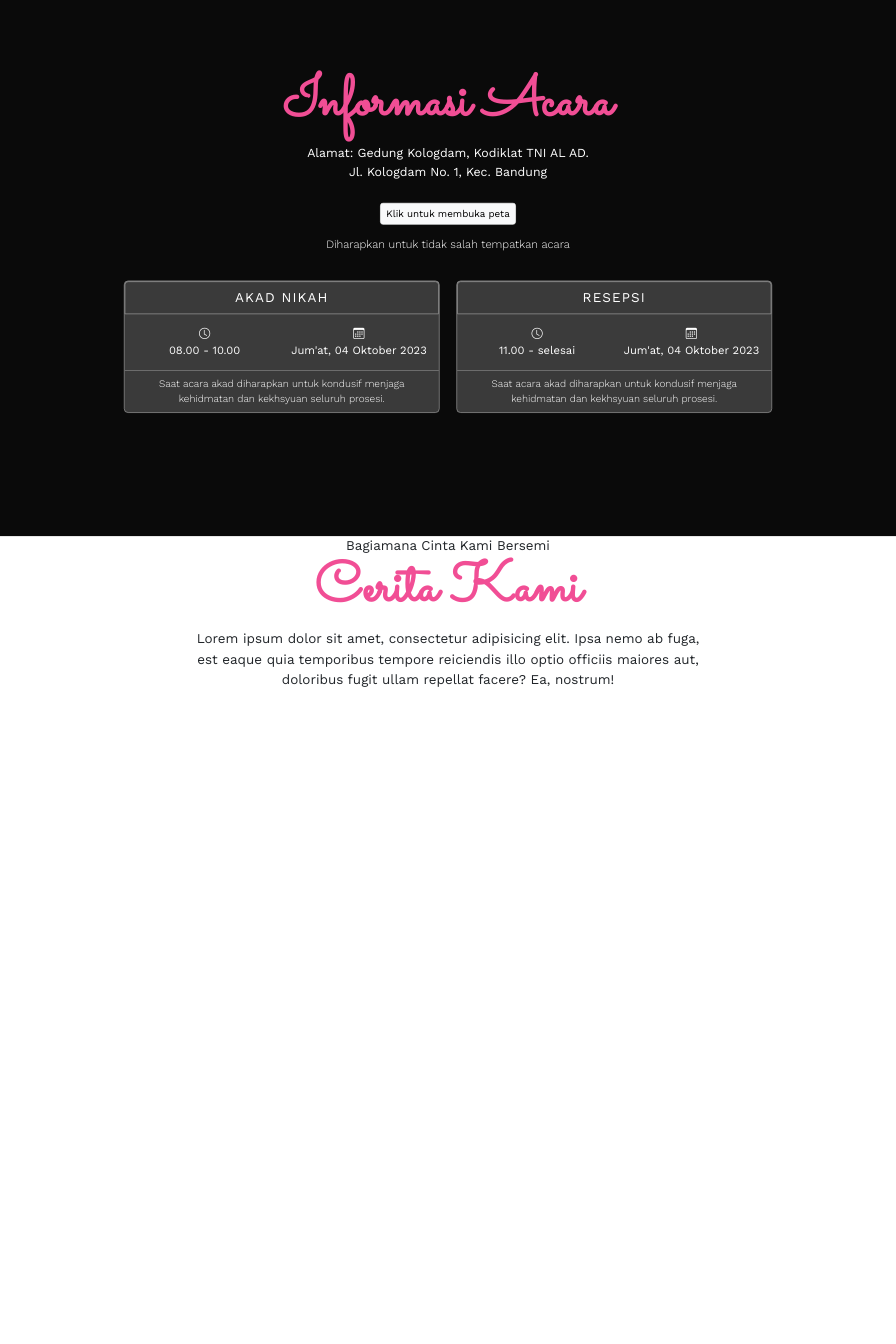
Repository: sellayspy/invitation
Page: index.html
An editor plug-in stored every save of this project. The page is shown before and after the next save, followed by the edit.
The browser window is 1280 px wide. The pictures show the part of the page from y = 1757 to 3677 px (the page is 4000 px tall), at 70% of full size.

Above is the page before, as saved 2024-07-08 19:09:48.

### index.html
<!DOCTYPE html>
<html lang="en">
  <head>
    <meta charset="utf-8" />
    <meta name="viewport" content="width=device-width, initial-scale=1" />
    <title>Dela & Roni</title>
    <link
      href="https://cdn.jsdelivr.net/npm/bootstrap@5.3.3/dist/css/bootstrap.min.css"
      rel="stylesheet"
      integrity="sha384-QWTKZyjpPEjISv5WaRU9OFeRpok6YctnYmDr5pNlyT2bRjXh0JMhjY6hW+ALEwIH"
      crossorigin="anonymous"
    />
    <link rel="preconnect" href="https://fonts.googleapis.com" />
    <link rel="preconnect" href="https://fonts.gstatic.com" crossorigin />
    <link
      href="https://fonts.googleapis.com/css2?family=Sacramento&family=Work+Sans:ital,wght@0,100..900;1,100..900&display=swap"
      rel="stylesheet"
    />

    <!--Simple Coutdown-->
    <link rel="stylesheet" href="coutdown/simplyCountdown.theme.default.css" />
    <script src="coutdown/simplyCountdown.min.js"></script>

    <!--Custom CSS Icon-->
    <link rel="stylesheet" href="https://cdn.jsdelivr.net/npm/bootstrap-icons@1.11.3/font/bootstrap-icons.min.css">

    <link rel="stylesheet" href="style.css" />
  </head>
  <body>
    <section
      id="hero"
      class="hero w-100 h-100 p-3 mx-auto text-center d-flex justify-content-center align-items-center text-white"
    >
      <main>
        <h4>Kepada Bapak/Ibu/Saudara/i,</h4>
        <h1>Dela Sri Aprialini & Roni Sahroni</h1>
        <p>Akan melangsungkan resepsi pernikahan dalam:</p>
        <div class="simply-countdown"></div>
        <a href="#undangan" class="btn btn-lg mt-4">Lihat Undangan</a>
      </main>
    </section>

    <nav class="navbar navbar-expand-md bg-transparent sticky-top mynavbar">
      <div class="container">
        <a class="navbar-brand" href="#">Spy</a>
        <button
          class="navbar-toggler border-0"
          type="button"
          data-bs-toggle="offcanvas"
          data-bs-target="#offcanvasNavbar"
          aria-controls="offcanvasNavbar"
          aria-label="Toggle navigation"
        >
          <span class="navbar-toggler-icon"></span>
        </button>
        <div
          class="offcanvas offcanvas-end"
          tabindex="-1"
          id="offcanvasNavbar"
          aria-labelledby="offcanvasNavbarLabel"
        >
          <div class="offcanvas-header">
            <h5 class="offcanvas-title" id="offcanvasNavbarLabel">Spy</h5>
            <button
              type="button"
              class="btn-close"
              data-bs-dismiss="offcanvas"
              aria-label="Close"
            ></button>
          </div>
          <div class="offcanvas-body">
            <div class="navbar-nav ms-auto">
              <a class="nav-link" href="#home">Home</a>
              <a class="nav-link" href="#info">Info</a>
              <a class="nav-link" href="#story">Story</a>
              <a class="nav-link" href="#gallery">Gallery</a>
              <a class="nav-link" href="#rsvp">RSVP</a>
              <a class="nav-link" href="#gifts">Gifts</a>
            </div>
          </div>
        </div>
      </div>
    </nav>

    <section id="home" class="home">
      <div class="container">
        <div class="row justify-content-center">
          <div class="col-md-8 text-center">
            <h2>Acara Pernikahan</h2>
            <h3>
              Diselenggarakan pada 04 oktober 2024 di Tasikmalaya, Jawa Barat
            </h3>
            <p>
              Oleh karena itu, dengan segala hormat, kami bermaksud untuk
              mengundang Bapak/Ibu, Saudara/i, untuk hadir pada acara pernikahan
              kami.
            </p>
          </div>
        </div>

        <div class="row couple">
          <div class="col-lg-6">
            <div class="row">
              <div class="col-8 text-end">
                <h3>Roni Sahroni</h3>
                <p>
                  Lorem ipsum dolor, sit amet consectetur adipisicing elit. Quis
                  rerum qui, placeat harum quod saepe eius necessitatibus sunt
                  doloremque! Aperiam, laborum doloribus quos sit et adipisci
                  molestias iure sunt dolorum?
                </p>
                <p>
                  Putra dari Bpk. Lorem <br />
                  dan Ibu Ipsum
                </p>
              </div>
              <div class="col-4">
                <img
                  src="img/Desain tanpa judul (1).jpg"
                  alt="Roni Sahroni"
                  class="img-responsive rounded-circle"
                />
              </div>
            </div>
          </div>

          <span class="heart"><i class="bi bi-heart-fill"></i></span>

          <div class="col-lg-6">
            <div class="row">
              <div class="col-4">
                <img
                  src="img/Desain tanpa judul (2).jpg"
                  alt="Dela Sri"
                  class="img-responsive rounded-circle"
                />
              </div>
              <div class="col-8">
                <h3>Dela Sri</h3>
                </h3>
                <p>
                  Lorem ipsum dolor, sit amet consectetur adipisicing elit. Quis
                  rerum qui, placeat harum quod saepe eius necessitatibus sunt
                  doloremque! Aperiam, laborum doloribus quos sit et adipisci
                  molestias iure sunt dolorum?
                </p>
                <p>
                  Putra dari Bpk. Lorem <br />
                  dan Ibu Ipsum
                </p>
              </div>
            </div>
          </div>
        </div>
      </div>
    </section>

    <section id="info" class="info">
      <div class="container">
        <div class="row justify-content-center">
          <div class="col-md-8 col-10 text-center">
            <h2>Informasi Acara</h2>
            <p class="alamat">Alamat: Gedung Kologdam, Kodiklat TNI AL AD. <br> Jl. Kologdam No. 1, Kec. Bandung</p>
            <a href="https://maps.app.goo.gl/j2RVmCKoAZy6CYFM9" target="_blank" class="btn btn-light btn-sm my-3">Klik untuk membuka peta</a>
            <p class="description">Diharapkan untuk tidak salah tempatkan acara</p>
          </div>
        </div>

        <div class="row justify-content-center mt-4">
          <div class="col-md-5 col-10">
            <div class="card text-center text-bg-light mb-5">
         <div class="card-header">Akad Nikah</div>
              <div class="card-body">
                <div class="row justify-content-center">
                  <div class="col-md-6">
                    <i class="bi bi-clock d-block"></i>
                    <span>08.00 - 10.00</span>
                  </div>
                  <div class="col-md-6">
                    <i class="bi bi-calendar3 d-block"></i>
                    <span>Jum'at, 04 Oktober 2023</span>
                  </div>
                </div>
             </div>
         <div class="card-footer">
          Saat acara akad diharapkan untuk kondusif menjaga kehidmatan dan kekhsyuan seluruh prosesi.
        </div>
          </div>
          </div>

          <div class="col-md-5 col-10">
            <div class="card text-center text-bg-light">
         <div class="card-header">Resepsi</div>
              <div class="card-body">
                <div class="row justify-content-center">
                  <div class="col-md-6">
                    <i class="bi bi-clock d-block"></i>
                    <span>11.00 - selesai</span>
                  </div>
                  <div class="col-md-6">
                    <i class="bi bi-calendar3 d-block"></i>
                    <span>Jum'at, 04 Oktober 2023</span>
                  </div>
                </div>
             </div>
         <div class="card-footer">
          Saat acara akad diharapkan untuk kondusif menjaga kehidmatan dan kekhsyuan seluruh prosesi.
        </div>
          </div>
          </div>
        </div>
      </div>
    </section>

    <section id="story" class="story">
      <div class="container">
        <div class="row justify-content-center">
          <div class="col-md-8 col-10 text-center">
            <span>Bagiamana Cinta Kami Bersemi</span>
            <h2>Cerita Kami</h2>
            <p>Lorem ipsum dolor sit amet, consectetur adipisicing elit. Ipsa nemo ab fuga, est eaque quia temporibus tempore reiciendis illo optio officiis maiores aut, doloribus fugit ullam repellat facere? Ea, nostrum!</p>
          </div>
        </div>
      </div>
    </section>

    <script
      src="https://cdn.jsdelivr.net/npm/bootstrap@5.3.3/dist/js/bootstrap.bundle.min.js"
      integrity="sha384-YvpcrYf0tY3lHB60NNkmXc5s9fDVZLESaAA55NDzOxhy9GkcIdslK1eN7N6jIeHz"
      crossorigin="anonymous"
    ></script>

    <script>
      simplyCountdown(".simply-countdown", {
        year: 2024, // required
        month: 10, // required
        day: 4, // required
        hours: 8, // Default is 0 [0-23] integer
        words: {
          //words displayed into the countdown
          days: { singular: "hari", plural: "hari" },
          hours: { singular: "jam", plural: "jam" },
          minutes: { singular: "menit", plural: "menit" },
          seconds: { singular: "detik", plural: "detik" },
        },
      });
    </script>

    <script>

      const hamburger = document.querySelector(".navbar-toggler");

      const stickyTop = document.querySelector(".sticky-top");

      hamburger.addEventListener("click", () => {
        stickyTop.style.overflow = 'visible'
      });

      const offCanvas = document.querySelector(".offcanvas");

      offCanvas.addEventListener("hidden.bs.offcanvas", () => {
        stickyTop.style.overflow = 'hidden'
      });

    </script>
  </body>
</html>

### coutdown/simplyCountdown.theme.default.css
.simply-countdown {
  overflow: hidden;
  display: table;
  font-family: "Arial", sans-serif;
  margin: auto;
}
.simply-countdown > .simply-section {
  width: 50px;
  height: 50px;
  padding: 80px;
  display: flex;
  align-items: center;
  justify-content: center;
  float: left;
  margin: 10px;
  background: var(--pink);
  box-shadow: 0 1px 3px rgba(0, 0, 0, 0.12), 0 1px 2px rgba(0, 0, 0, 0.24);
  border-radius: 50%;
}
.simply-countdown > .simply-section .simply-amount,
.simply-countdown > .simply-section .simply-word {
  display: block;
  text-align: center;
}
.simply-countdown > .simply-section .simply-amount {
  font-size: 1.6rem;
}

### style.css
:root {
  --pink: #f14e95;

  --bg: #0a0a0a;

  --shadow: 0 2px 2px rgb(0 0 0/ 0.5);
}

body {
  font-size: 1.2rem;
  font-family: "Work Sans", sans-serif;
  min-height: 4000px;
}

.hero::before {
  content: "";
  position: absolute;
  top: 0;
  left: 0;
  height: 100%;
  width: 100%;
  background-image: url(img/gambar-1.jpg);
  background-size: cover;
  background-position: center;
  z-index: -1;
  filter: blur(2px);
}

.hero {
  position: relative;
  min-height: 100vh;
}

.hero h1,
.hero h4,
.hero p {
  text-shadow: var(--shadow);
}

.hero h1 {
  font-family: "Sacramento", cursive;
  font-size: 6rem;
}

.hero h4 {
  font-size: 1.6rem;
}

.hero p {
  font-size: 1.4rem;
}

.hero a {
  color: var(--pink);

  background-color: white;

  box-shadow: var(--shadow);
}

.hero a:hover {
  background-color: var(--pink);
  color: white;
}

.mynavbar {
  background-color: rgba(255, 255, 255, 0.4) !important;
  backdrop-filter: blur(4px);
}

.mynavbar .offcanvas {
  height: 100vh;
}

.mynavbar .navbar-brand,
.mynavbar .offcanvas-title {
  font-family: "Sacramento", cursive;
  font-size: 3.2rem;
  font-weight: bold;
}

.mynavbar .nav-link {
  text-transform: uppercase;
}

.home {
  background-image: url(img/Desain\ tanpa\ judul.png);
  background-size: cover;
  min-height: 100vh;
  margin-top: -6rem;
  padding-top: 15rem;
  padding-bottom: 5rem;
}

.home h2,
.info h2,
.story h2 {
  color: var(--pink);
  font-family: "Sacramento", cursive;
  font-size: 5rem;
  font-weight: bold;
}

.home h3 {
  color: #444;
  font-size: 1.5rem;
  margin-bottom: 1rem;
}

.home p {
  font-size: 1.1rem;
  color: #666;
}

.home .couple {
  margin-top: 100px;
}

.home .couple h3 {
  font-family: "Sacramento";
  font-size: 2.4rem;
  color: var(--pink);
}

.home .couple img {
  width: 100%;
}

.home .heart {
  width: 50px;
  height: 50px;
  background-color: white;
  display: flex;
  border-radius: 50%;
  box-shadow: 0 0 5px rgba(0, 0, 0, 0.5);
  position: absolute;
  left: 50%;
  transform: translateX(-50%) translateY(65px);
}

.home .heart i {
  margin: auto;
  color: var(--pink);
}

.info {
  background-color: var(--bg);
  color: white;
  padding-top: 10rem;
  padding-bottom: 8rem;
}

.info .alamat {
  font-size: 1.1rem;
}

.info .description {
  font-size: 1rem;
  font-weight: 300;
}

.info .card {
  background-color: rgba(255, 255, 255, 0.2) !important;
  color: white !important;
  border: 1px solid #999;
}

.info .card-header {
  border: 1px solid #999;
  text-transform: uppercase;
  letter-spacing: 0.1rem;
}

.info .card-body {
  font-size: 1rem;
}

.info .card-footer {
  border-top: 1px solid #999;
  font-size: 0.9rem;
  font-weight: 300;
}

/* Media Query */

/* Extra large devices (large laptops and desktops, 1200px and up) */

@media (max-width: 1200px) {
  .home .heart {
    transform: translateX(-50%) translateY(45px);
  }
}

/* Laptop */
@media (max-width: 992px) {
  html {
    font-size: 75%;
  }
  .simply-countdown > .simply-section {
    padding: 70px;
  }

  .home .heart {
    display: none;
  }
}

/* Tablet */
@media (max-width: 768px) {
  html {
    font-size: 65%;
  }
  .simply-countdown > .simply-section {
    padding: 60px;
    margin: 5px;
  }

  .mynavbar .nav-link {
    font-size: 2rem;
    text-align: center;
  }

  .sticky-top {
    overflow: hidden;
  }
}

/* mobile phone */
@media (max-width: 576px) {
  html {
    font-size: 55%;
  }
  .simply-countdown > .simply-section {
    padding: 45px;
    margin: 3px;
  }
}

Loaded but not shown: coutdown/simplyCountdown.min.js (library)

After the next save:
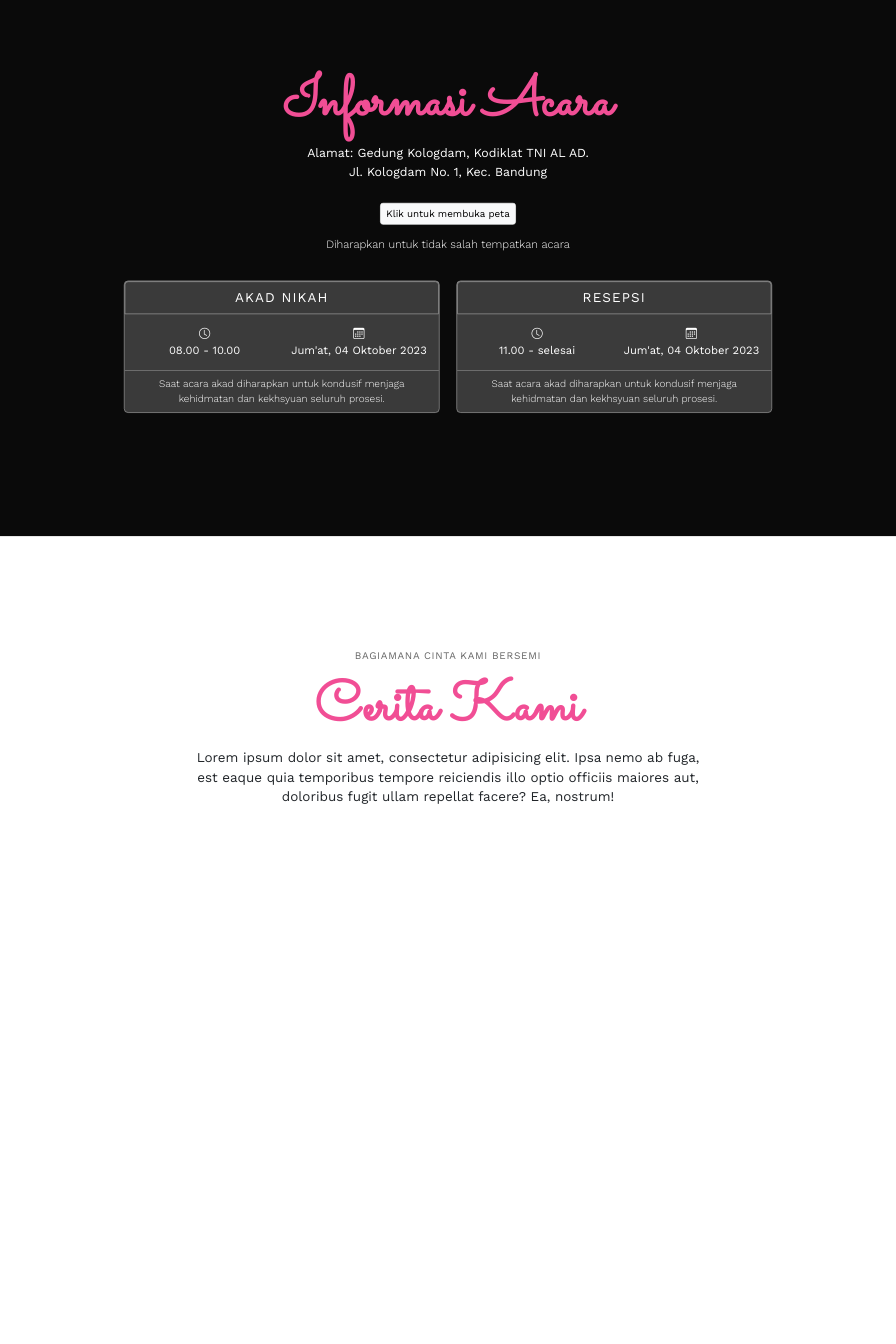
Saved 97 s later.
--- a/style.css
+++ b/style.css
@@ -181,6 +181,20 @@ body {
   font-weight: 300;
 }
 
+.story {
+  padding-top: 10rem;
+  padding-bottom: 8rem;
+}
+
+.story span {
+  text-transform: uppercase;
+  color: #666;
+  font-size: 0.9rem;
+  letter-spacing: 1px;
+  margin-bottom: 1rem;
+  display: block;
+}
+
 /* Media Query */
 
 /* Extra large devices (large laptops and desktops, 1200px and up) */
